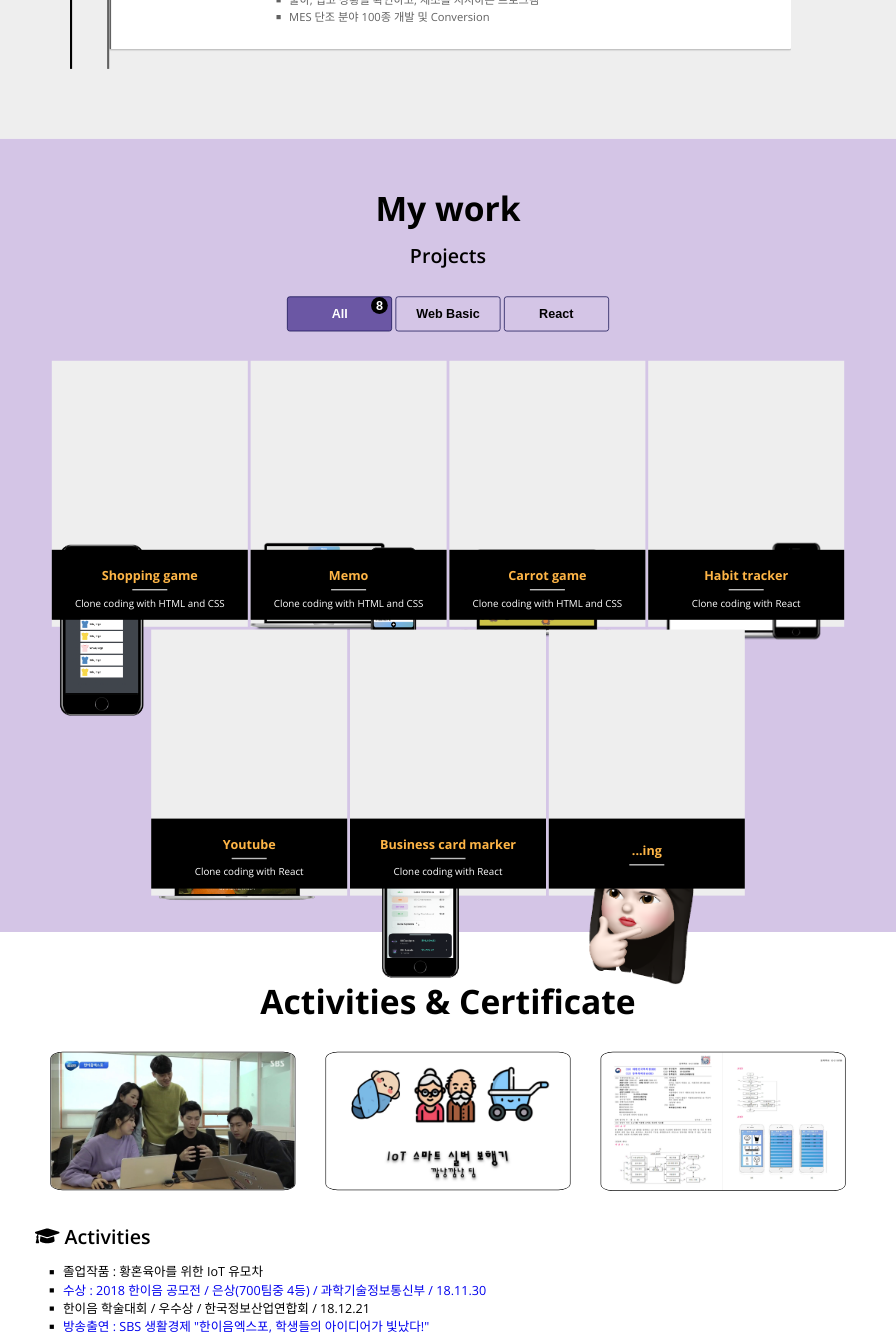
Repository: salangdung-i/portfolio
Page: index.html
These files come from the project's save history. The page is drawn as it stood at one moment and after the next save; the edit follows.
The browser window is 1280 px wide. The pictures show the part of the page from y = 3249 to 5169 px (the page is 5787 px tall), at 70% of full size.
Some web fonts or font styles are not loaded; a fallback is used. Some web libraries are served in a nearby version.

Above is the page before, as saved 2021-12-28 13:29:52.

After the next save:
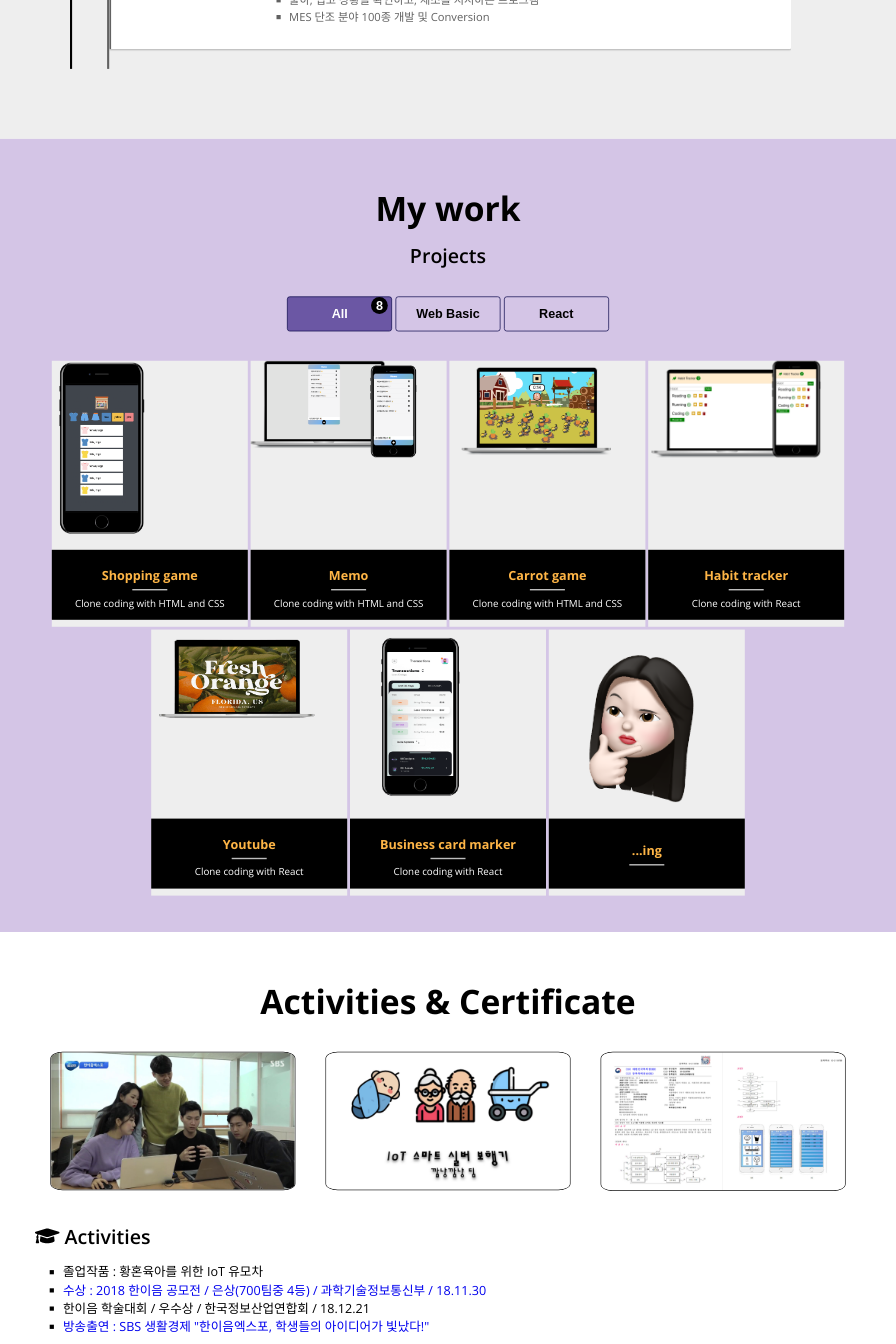
Saved 8 s later.
--- a/style.css
+++ b/style.css
@@ -468,8 +468,9 @@
 
 .project__img {
   max-width: 250px;
-  max-height: 250px; position: absolute;
-  top: 260px;
+  max-height: 250px;
+  position: absolute;
+  top: 0;
   left: 0;
 }
 
